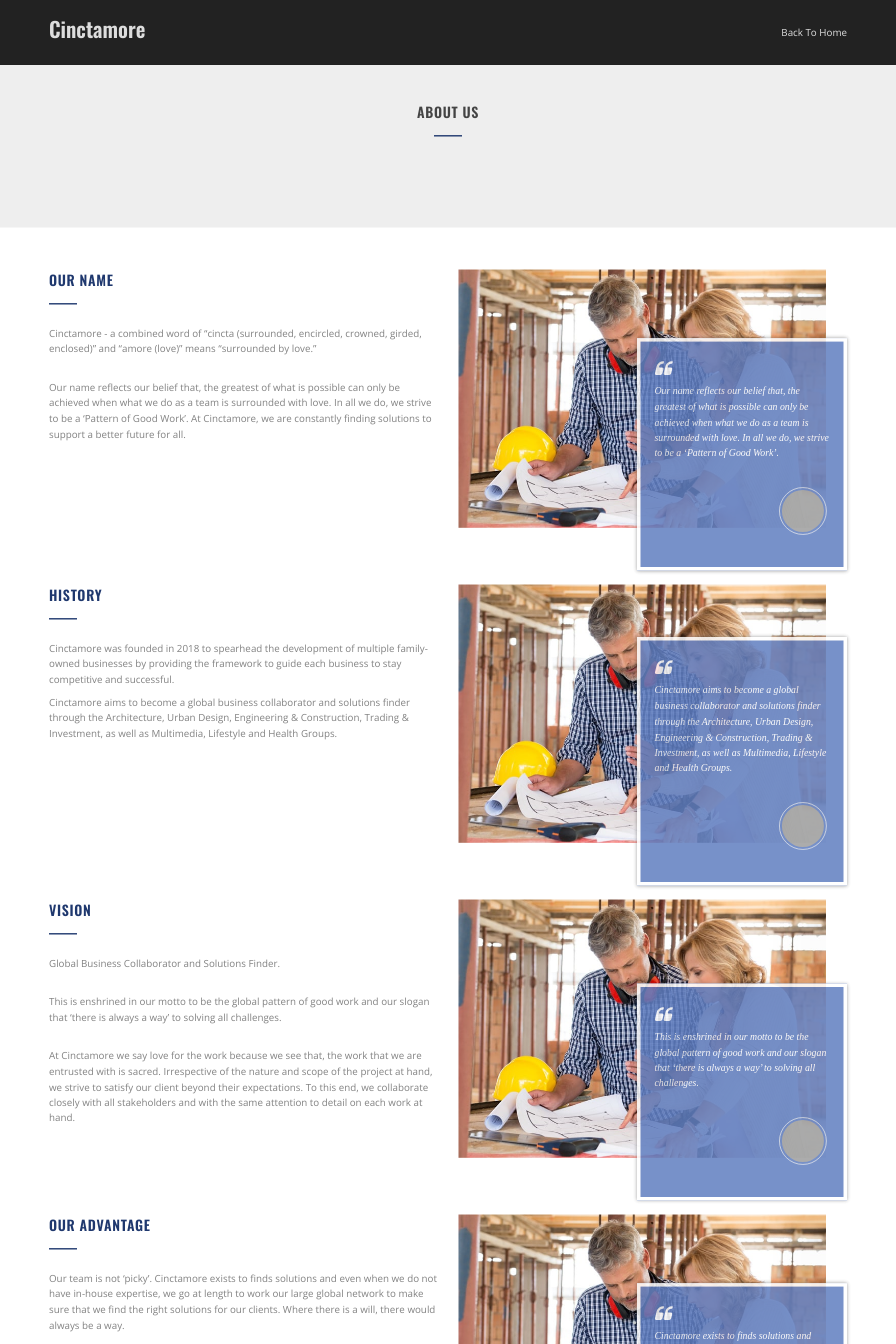
Repository: techieaccl/techieaccl.github.io
Page: about-us.html
An editor plug-in stored every save of this project. The page is shown before and after the next save, followed by the edit.
The browser window is 1280 px wide. The pictures show the part of the page from y = 0 to 1920 px (the page is 2671 px tall), at 70% of full size.
Pictures or frames that could not be fetched are drawn as grey boxes. Some web fonts or font styles are not loaded; a fallback is used.

Above is the page before, as saved 2021-09-08 20:06:38.

### about-us.html
<!DOCTYPE html>
<html>
    <head>
		<title>About Us</title>
		<meta charset="utf-8">
		<meta name="viewport" content="width=device-width, initial-scale=1.0, maximum-scale=1.0, user-scalable=no">
		<meta name="format-detection" content="telephone=no">
		<meta name="apple-mobile-web-app-capable" content="yes">
		<!-- Fonts-->
		<link rel="stylesheet" type="text/css" href="assets/fonts/fontawesome/font-awesome.min.css">
		<link rel="stylesheet" type="text/css" href="assets/fonts/pe-icon/pe-icon.css">
		<!-- Vendors-->
		<link rel="stylesheet" type="text/css" href="assets/vendors/bootstrap/grid.css">
		<link rel="stylesheet" type="text/css" href="assets/vendors/magnific-popup/magnific-popup.min.css">
		<link rel="stylesheet" type="text/css" href="assets/vendors/swiper/swiper.css">
		<!-- App & fonts-->
		<link rel="stylesheet" type="text/css" href="https://fonts.googleapis.com/css?family=Open+Sans:400,700|Oswald:400,600|Playfair+Display:400i">
		<link rel="stylesheet" type="text/css" href="assets/css/main.css"><!--[if lt IE 9]>
			<script src="https://oss.maxcdn.com/libs/html5shiv/3.7.0/html5shiv.js"></script>
		<![endif]-->
	</head>

    <body>
                <!-- preload -->
				<div class="preload" id="preload">
					<div class="cssload-spin-box"></div>
				</div><!-- End / preload -->


        <div class="page-wrap">
            <!-- header -->
			<header class="header header-fixheight header--fixed">
				<div class="container">
					<div class="header__inner">
						<div class="header-logo">
							<!-- <a href="home.html"><img src="assets/img/logo_white.png" alt=""/></a> -->
							<h1><strong>Cinctamore </strong></h1>
						</div>
						<!-- raising-menu -->
                        <ul class="raising-menu-generic">
                            <li><a href="index.html">Back To Home</a>
                            </li>
                        </ul><!-- raising-menu -->

					</div>
				</div>
			</header><!-- End / header -->

            <!-- Content-->
			<div class="md-content">

                <!-- Section -->
				<section class="md-section">
					<div class="container">
						<div class="row">
							<div class="col-lg-8 col-xs-offset-0 col-sm-offset-0 col-md-offset-0 col-lg-offset-2 ">

								<!-- sec-title -->
								<div class="sec-title sec-title__lg-title md-text-center">
									<br><br>
									<h2 class="sec-title__title">About Us</h2><span class="sec-title__divider"></span>
								</div><!-- End / sec-title -->

							</div>
						</div>
					</div>
				</section>

				<!-- Section -->
				<section class="md-section" style="background-color:#fff;padding:60px 0;">
					<div class="container">
						<div class="row">
							<div class="col-lg-6 ">
								<div class="mb-30">

									<!-- sec-title -->
									<div class="sec-title sec-title__lg-title">
										<h2 class="sec-title__title"><span>Our Name</span></h2><span class="sec-title__divider"></span>
									</div><!-- End / sec-title -->
									<p>Cinctamore - a combined word of “cincta (surrounded, encircled, crowned, girded, enclosed)” and “amore (love)” means “surrounded by love.”</p><br>
									<p>Our name reflects our belief that, the greatest of what is possible can only be achieved when what we do as a team is surrounded with love. In all we do, we strive to be a ‘Pattern of Good Work’.
									 <span>At Cinctamore, we are constantly finding solutions to support a better future for all. </span></span></p><br>
								</div>
							</div>
							<div class="col-lg-6 ">

								<!-- about -->
								<div class="about"><img src="assets/img/about/2.jpg" alt=""/>

									<!-- quote-02 -->
									<blockquote class="quote-02 about-quote">
										<p class="quote-02__text">Our name reflects our belief that, the greatest of what is possible can only be achieved when what we do as a team is surrounded with love. In all we do, we strive to be a ‘Pattern of Good Work’.</p>
										<!-- authorbox -->
										<div class="authorbox">
											<div class="authorbox__avartar" style="background-image: url(https://unsplash.it/800);"><img src="https://unsplash.it/800" alt=""/></div>
										</div><!-- End / authorbox -->

									</blockquote><!-- End / quote-02 -->

								</div><!-- End / about -->

							</div>
						</div>
						<div class="row">
							<div class="col-lg-6 ">
								<div class="mb-30">

									<!-- sec-title -->
									<div class="sec-title sec-title__lg-title">
										<h2 class="sec-title__title"><span>History </span></h2><span class="sec-title__divider"></span>
									</div><!-- End / sec-title -->

									<p>Cinctamore was founded in 2018 to spearhead the development of multiple family-owned
									 businesses by providing the framework to guide each business to stay competitive and successful.</p>
									<p>Cinctamore aims to become a global business collaborator and solutions finder through the Architecture,
									 Urban Design, Engineering & Construction, Trading & Investment, as well as Multimedia, Lifestyle and Health Groups. </p>
								</div>
							</div>
							<div class="col-lg-6 ">

								<!-- about -->
								<div class="about"><img src="assets/img/about/2.jpg" alt=""/>

									<!-- quote-02 -->
									<blockquote class="quote-02 about-quote">
										<p class="quote-02__text">Cinctamore aims to become a global business collaborator and solutions finder through the Architecture,
											Urban Design, Engineering & Construction, Trading & Investment, as well as Multimedia, Lifestyle and Health Groups.</p>
										<!-- authorbox -->
										<div class="authorbox">
											<div class="authorbox__avartar" style="background-image: url(https://unsplash.it/800);"><img src="https://unsplash.it/800" alt=""/></div>
										</div><!-- End / authorbox -->

									</blockquote><!-- End / quote-02 -->

								</div><!-- End / about -->

							</div>
						</div>
						<div class="row">
							<div class="col-lg-6 ">
								<div class="mb-30">

									<!-- sec-title -->
									<div class="sec-title sec-title__lg-title">
										<h2 class="sec-title__title"><span>Vision</span></h2><span class="sec-title__divider"></span>
									</div><!-- End / sec-title -->
									<p>Global Business Collaborator and Solutions Finder.</p><br>
									<p>This is enshrined in our motto to be the global pattern of good work
									and our slogan that ‘there is always a way’ to solving all challenges.</p><br>
									<p>At Cinctamore we say love for the work because we see that, the work that we are entrusted with is sacred.
									Irrespective of the nature and scope of the project at hand, we strive to satisfy our client beyond their expectations.
									To this end, we collaborate closely with all stakeholders and with the same attention to detail on each work at hand. </p>
								</div>
							</div>
							<div class="col-lg-6 ">

								<!-- about -->
								<div class="about"><img src="assets/img/about/2.jpg" alt=""/>

									<!-- quote-02 -->
									<blockquote class="quote-02 about-quote">
										<p class="quote-02__text">This is enshrined in our motto to be the global pattern of good work
											and our slogan that ‘there is always a way’ to solving all challenges.</p>
										<!-- authorbox -->
										<div class="authorbox">
											<div class="authorbox__avartar" style="background-image: url(https://unsplash.it/800);"><img src="https://unsplash.it/800" alt=""/></div>
										</div><!-- End / authorbox -->

									</blockquote><!-- End / quote-02 -->

								</div><!-- End / about -->

							</div>
						</div>
						<div class="row">
							<div class="col-lg-6 ">
								<div class="mb-30">

									<!-- sec-title -->
									<div class="sec-title sec-title__lg-title">
										<h2 class="sec-title__title"><span>Our Advantage</span></h2><span class="sec-title__divider"></span>
									</div><!-- End / sec-title -->
									<p>Our team is not ‘picky’. Cinctamore exists to finds solutions and even when we do not have in-house expertise,
									we go at length to work our large global network to make sure that we find the right solutions for our clients.
									Where there is a will, there would always be a way. </p>
								</div>
							</div>
							<div class="col-lg-6 ">

								<!-- about -->
								<div class="about"><img src="assets/img/about/2.jpg" alt=""/>

									<!-- quote-02 -->
									<blockquote class="quote-02 about-quote">
										<p class="quote-02__text">Cinctamore exists to finds solutions and even when we do not have in-house expertise,
										we go at length to work our large global network to make sure that we find the right solutions for our clients.</p>

										<!-- authorbox -->
										<div class="authorbox">
											<div class="authorbox__avartar" style="background-image: url(https://unsplash.it/800);"><img src="https://unsplash.it/800" alt=""/></div>
											</div>
										</div><!-- End / authorbox -->

									</blockquote><!-- End / quote-02 -->

								</div><!-- End / about -->

						</div>
						</div>
					</div>
				</section>
				<!-- End / Section -->

				<!-- footer-01 -->
			<footer class="footer-01 md-skin-dark">
				<div class="footer-01__widget">
					<div class="container">
						<div class="row">
							<div class="col-md-6 col-lg-4 ">

								<!-- widget -->
								<section class="widget">

									<!-- sec-title -->
									<div class="sec-title">
										<h2 class="sec-title__title">about us</h2><span class="sec-title__divider"></span>
									</div><!-- End / sec-title -->

									<p>  Lorem ipsum dolor sit amet, consectetur adipisicing elit. Quis a rerum ratione aliquam placeat labore nemo itaque voluptas laudantium consequuntur ut quam, aperiam harum ipsam?</p>
								</section><!-- End / widget -->

							</div>

							<div class="col-md-6 col-lg-4 ">

								<!-- widget -->
								<section class="widget">

									<!-- sec-title -->
									<div class="sec-title">
										<h2 class="sec-title__title">Socials</h2><span class="sec-title__divider"></span>
									</div><!-- End / sec-title -->


									<!-- widget-gallery -->
									<div class="widget-gallery">
										<div class="widget-gallery__item"><a href="#" style="background-image: url('http://placehold.it/400x400');"><img src="http://placehold.it/400x400" alt=""/></a></div>
										<div class="widget-gallery__item"><a href="#" style="background-image: url('http://placehold.it/400x400');"><img src="http://placehold.it/400x400" alt=""/></a></div>
										<div class="widget-gallery__item"><a href="#" style="background-image: url('http://placehold.it/400x400');"><img src="http://placehold.it/400x400" alt=""/></a></div>
										<!-- <div class="widget-gallery__item"><a href="#" style="background-image: url('http://placehold.it/400x400');"><img src="http://placehold.it/400x400" alt=""/></a></div>
										<div class="widget-gallery__item"><a href="#" style="background-image: url('http://placehold.it/400x400');"><img src="http://placehold.it/400x400" alt=""/></a></div>
										<div class="widget-gallery__item"><a href="#" style="background-image: url('http://placehold.it/400x400');"><img src="http://placehold.it/400x400" alt=""/></a></div>
										<div class="widget-gallery__item"><a href="#" style="background-image: url('http://placehold.it/400x400');"><img src="http://placehold.it/400x400" alt=""/></a></div>
										<div class="widget-gallery__item"><a href="#" style="background-image: url('http://placehold.it/400x400');"><img src="http://placehold.it/400x400" alt=""/></a></div>
										<div class="widget-gallery__item"><a href="#" style="background-image: url('http://placehold.it/400x400');"><img src="http://placehold.it/400x400" alt=""/></a></div> -->
									</div><!-- End /  widget-gallery -->

								</section><!-- End / widget -->

							</div>
							<div class="col-lg-4 ">

								<!-- widget -->
								<section class="widget">

									<!-- sec-title -->
									<div class="sec-title">
										<h2 class="sec-title__title">working hours</h2><span class="sec-title__divider"></span>
									</div><!-- End / sec-title -->

									<p> Lorem ipsum dolor sit amet, consectetur</p>

									<!--  -->
									<div>
										<div class="widget-contact__item"><span class="widget-contact__title">Tel:</span>
											<p class="widget-contact__text">+44 1632 960948</p>
										</div>
										<div class="widget-contact__item"><span class="widget-contact__title">email:</span>
											<p class="widget-contact__text"><a href="#">info@awe7.com</a></p>
										</div>
										<div class="widget-contact__item"><span class="widget-contact__title">Working Hours</span>
											<p class="widget-contact__text">Mon - Sat: 9:00 - 18:00</p>
										</div>
									</div><!-- End /   -->

								</section><!-- End / widget -->

							</div>
						</div>
					</div>
				</div>

				<!-- copyright-01 -->
				<div class="copyright-01 md-text-center">
					<div class="container">
						<p class="copyright-01__copy">2021 &copy;. All rights Reserved.</p>
					</div>
				</div><!-- End / copyright-01 -->

			</footer><!-- End / footer-01 -->
            </div>
			<!-- End / Content-->
        </div>
    </body>
</html>

Loaded but not shown: assets/fonts/fontawesome/font-awesome.min.css (library); assets/fonts/pe-icon/pe-icon.css (common file); assets/vendors/bootstrap/grid.css (library); assets/vendors/magnific-popup/magnific-popup.min.css (library); assets/vendors/swiper/swiper.css (library); assets/css/main.css (4044 lines, source omitted)

After the next save:
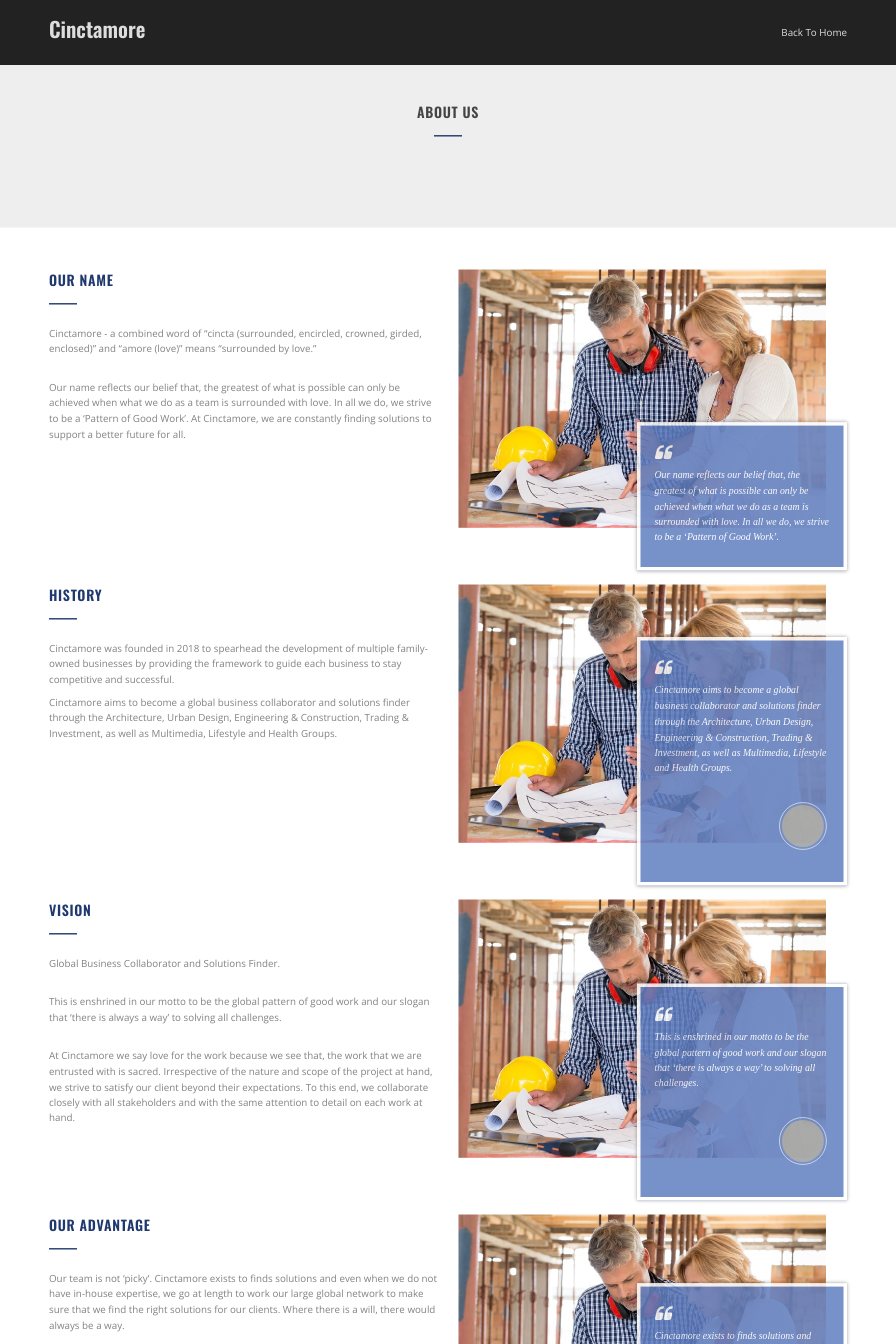
Saved 2 min 4 s later.
--- a/about-us.html
+++ b/about-us.html
@@ -90,10 +90,6 @@
 									<!-- quote-02 -->
 									<blockquote class="quote-02 about-quote">
 										<p class="quote-02__text">Our name reflects our belief that, the greatest of what is possible can only be achieved when what we do as a team is surrounded with love. In all we do, we strive to be a ‘Pattern of Good Work’.</p>
-										<!-- authorbox -->
-										<div class="authorbox">
-											<div class="authorbox__avartar" style="background-image: url(https://unsplash.it/800);"><img src="https://unsplash.it/800" alt=""/></div>
-										</div><!-- End / authorbox -->
 
 									</blockquote><!-- End / quote-02 -->
 
